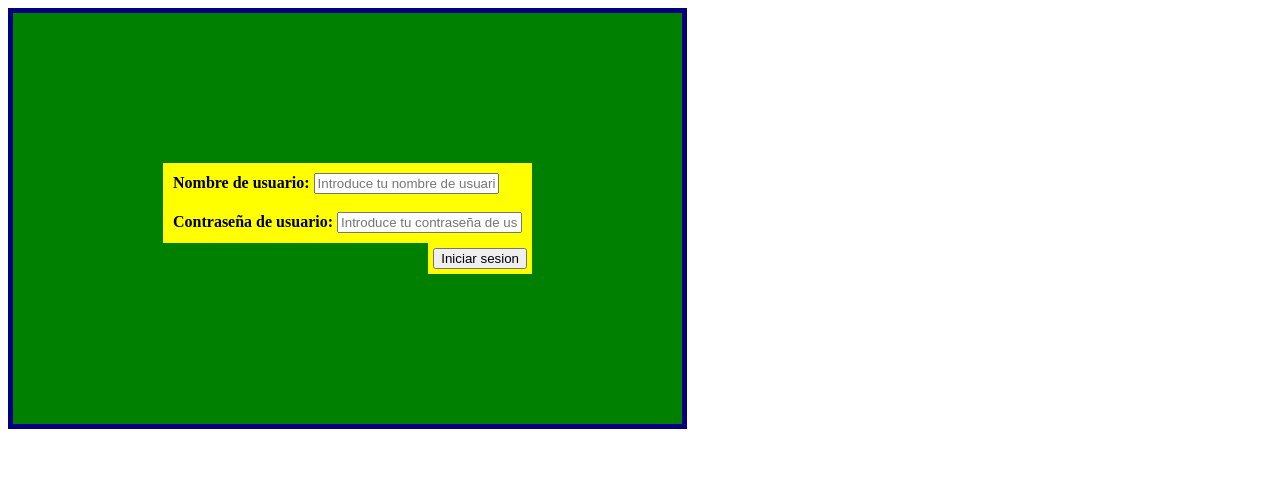
Repository: angegon/Developing-Applications-for-the-Java-EE-Platform
Page: javaee/08_ejemplo_fordward_login/WebContent/login.html
An editor plug-in stored every save of this project. The page is shown before and after the next save, followed by the edit.
The browser window is 1280 px wide. The pictures show the whole page.

Above is the page before, as saved 2016-12-21 16:02:31.

After the next save:
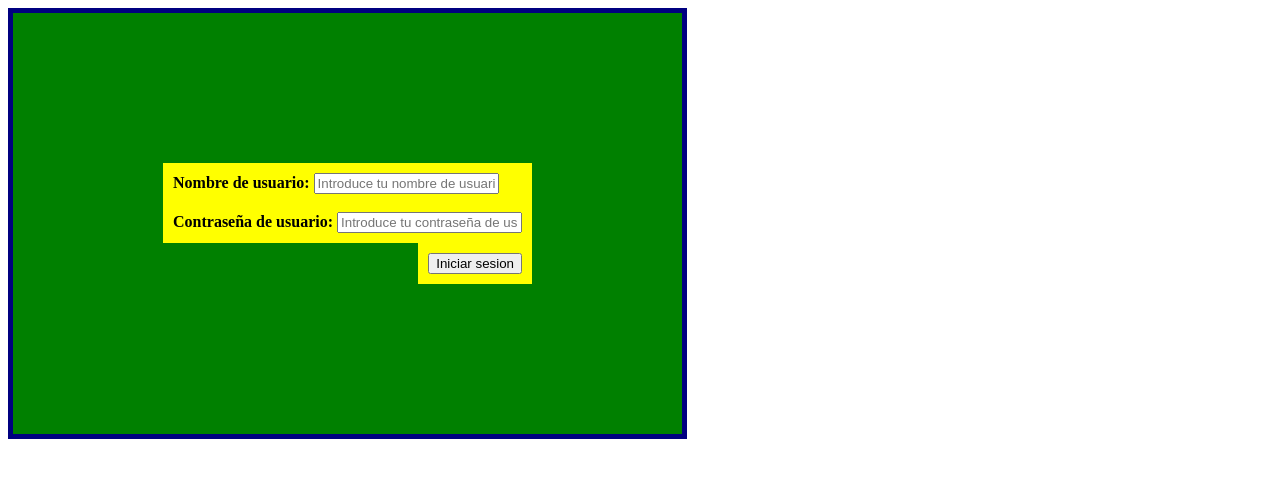
Saved 11 s later.
--- a/javaee/08_ejemplo_fordward_login/WebContent/login.html
+++ b/javaee/08_ejemplo_fordward_login/WebContent/login.html
@@ -16,7 +16,7 @@
 	</br>
 	</div>
 
-	<div style="float:right; padding: 5px; background-color: yellow;">
+	<div style="float:right; padding: 10px; background-color: yellow;">
 	<input type="submit" value="Iniciar sesion"/>
 	</div>
 </div>
